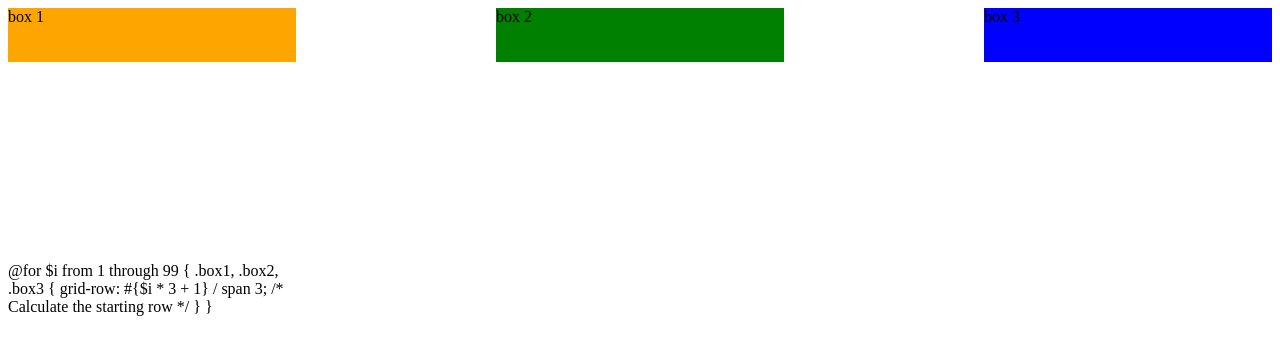
Repository: tianjiewang2022/tianjiewang2022.github.io
Page: index.html
These files come from the project's save history. The page is drawn as it stood at one moment and after the next save; the edit follows.
The browser window is 1280 px wide. The pictures show the whole page.

Above is the page before, as saved 2023-10-01 21:42:20.

After the next save:
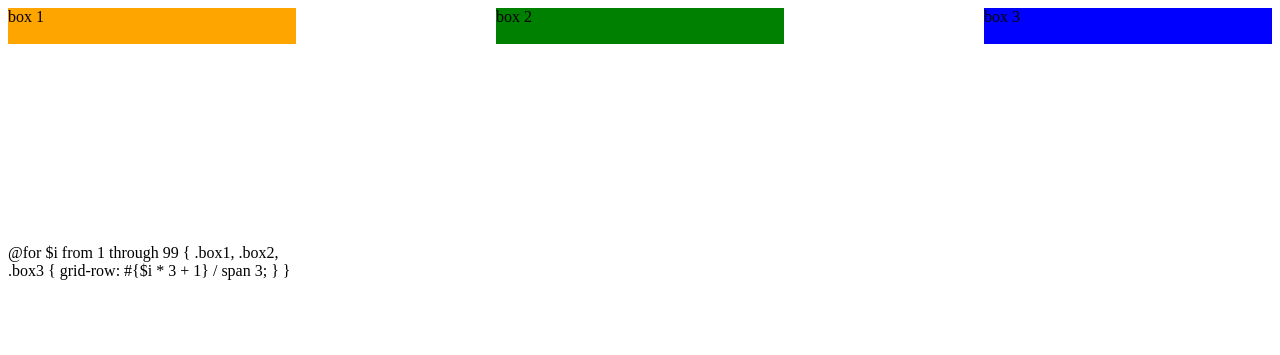
Saved 19 s later.
--- a/index.html
+++ b/index.html
@@ -51,7 +51,7 @@
             </span>
             @for $i from 1 through 99 {
             .box1, .box2, .box3 {
-            grid-row: #{$i * 3 + 1} / span 3; /* Calculate the starting row */
+            grid-row: #{$i * 3 + 1} / span 3;
             }
             }
 
